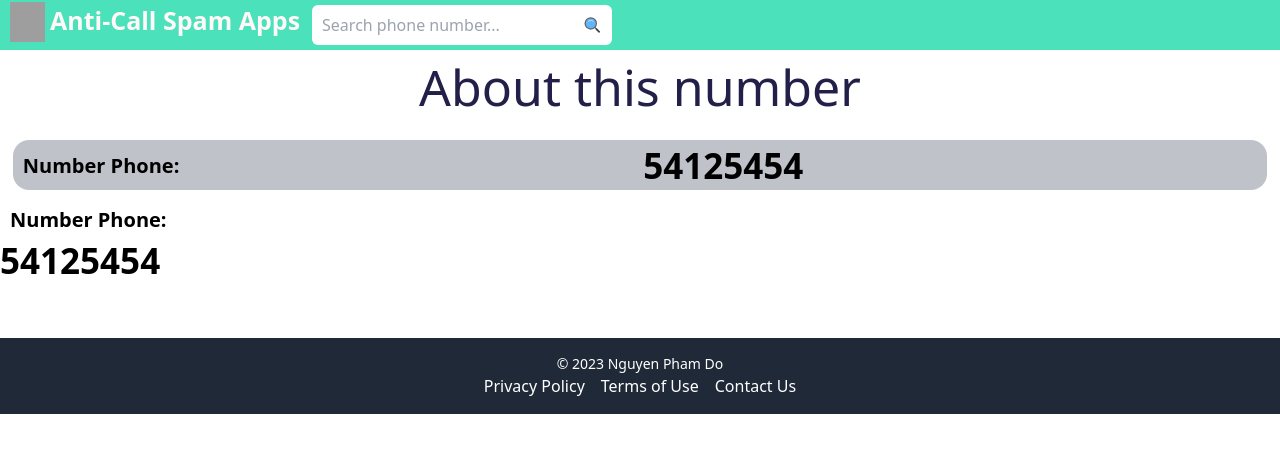
Repository: NPham1402/Web-user-callSpamBlocker
Page: /detail
The author's editor kept a copy of each file at every save. The page is drawn from the files as they stood at one save, then again after the next save.
The browser window is 1280 px wide. The pictures show the whole page.
Pictures or frames that could not be fetched are drawn as grey boxes. The page's requests for data from a server got no answer. The project was rebuilt for these pictures with package versions that can differ from the ones it lists, and the page was loaded fresh each time. The framework's server and built-in components were replaced by stand-ins that run in the browser. No one was signed in, and anything a server would have sent is missing. Also part of the build but not shown: next.config.js.

Above is the page before, as saved 2023-02-13 15:48:05.

After the next save:
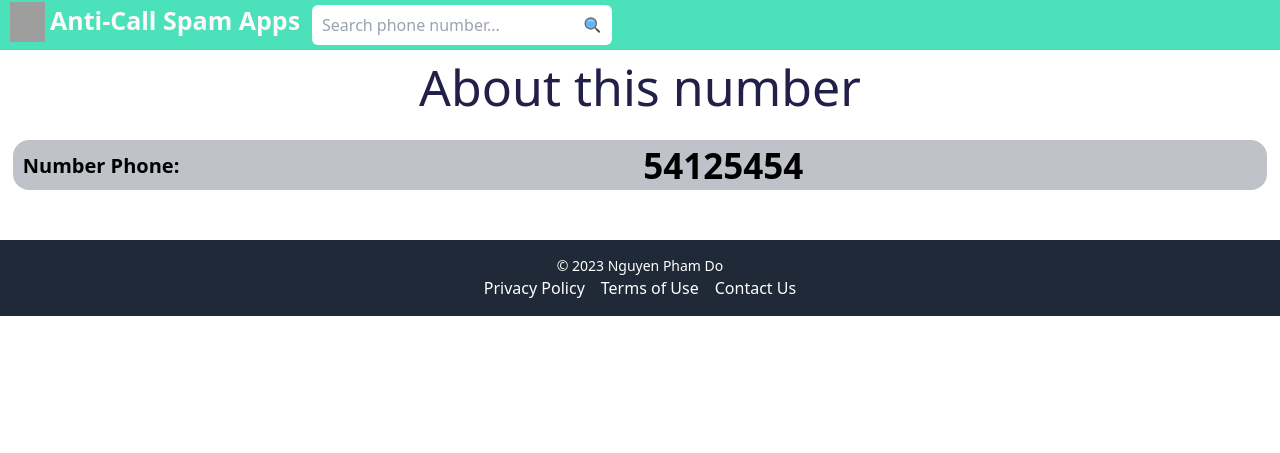
Saved 43 s later.
--- a/pages/components/miniCompoent.js
+++ b/pages/components/miniCompoent.js
@@ -3,11 +3,10 @@ import React from "react";
 export default function MiniCompoent(props) {
   return props.types == "line" ? (
     <>
-      {" "}
       <p className="text-[20px] font-semibold ml-[10px]  my-auto align-text-bottom">
-        Number Phone:
+        {props.headerLines}
       </p>
-      <p className="text-[35px] m-auto font-bold">54125454</p>
+      <p className="text-[35px] m-auto font-bold">{props.contents}</p>
     </>
   ) : (
     <></>
